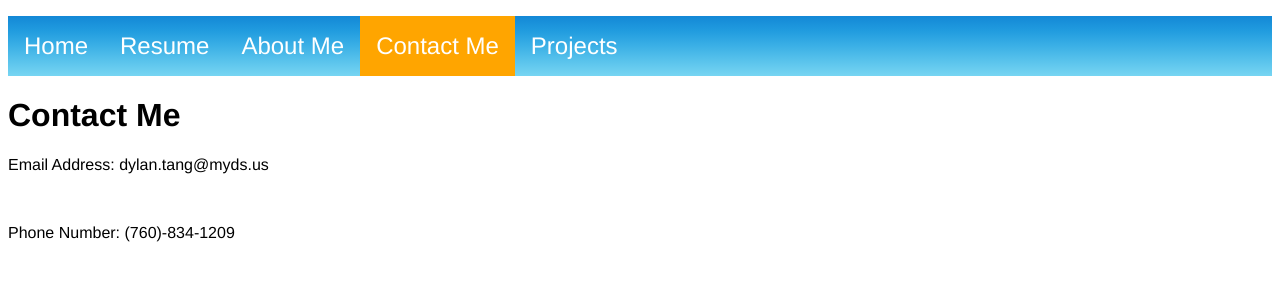
Repository: TangDylan/TangDylan.github.io
Page: contactme.html
The author's editor kept a record of every edit. The page is drawn from the files as they stood at one moment, then again after the next edit.
The browser window is 1280 px wide. The pictures show the whole page.

Above is the page before.

### contactme.html
<!DOCTYPE html>
<html>
    <head>

        <title>Project 1</title>

        <link rel="stylesheet" type="text/css" href="style.css">

    </head>

    <body>

      <ul class="navbar">
        <li><a href="index.html">Home</a></li>
        <li><a href="resume.html">Resume</a></li>
        <li><a href="aboutme.html">About Me</a></li>
        <li class="active"><a href="contactme.html">Contact Me</a></li>
        <li class="dropdown">
          <div>Projects</div>
          <ul class="dropdown-content">
            <li><a href="project1.html">Project 1</a></li>
            <li><a href="project2.html">Project 2</a></li>
            <li><a href="project3.html">Project 3</a></li>

          </ul>

        </li>

      </ul>

        <h1>
          Contact Me
        </h1>
        <p>Email Address: dylan.tang@myds.us</p>
        <br>
        <p>Phone Number: (760)-834-1209</p>

    </body>

</html>

### style.css

          * {
            font-family:helvetica;
          }

          .navbar {
            list-style:none;
            background-image: linear-gradient(to bottom, #1388d6, #219cdf, #3bb0e6, #59c3ec, #77d5f2);
            overflow:hidden;
            padding:0;

          }

          .navbar a, .dropdown div {
            text-decoration:none;
            color:white;
            font-size:24px;
            padding: 16px;
            display:inline-block
          }

          .navbar li {
            float:left;
          }

          .navbar li:hover {
          background-color: #77d5f2;
          }

          .dropdown-content {
            list-style:none;
            padding:0;
            display:none;
            position:absolute;
            z-index:1;
            background-color:black;
          }

          .dropdown-content li {
            float:none;
          }

          .dropdown:hover .dropdown-content {
           display:block;
           background-image: linear-gradient(to bottom, #ffbf29, #ffc53f, #ffca52, #ffd063, #ffd573);
          }

          .active {
           background-color:orange;
          }

After the next edit:
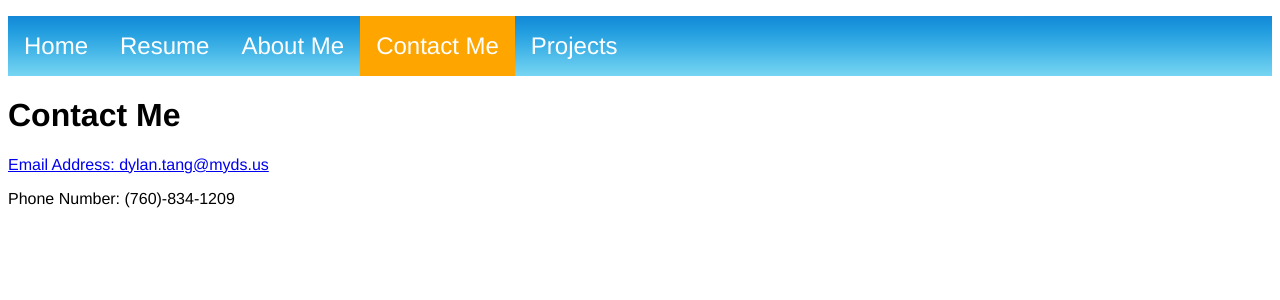
The edit:
--- a/contactme.html
+++ b/contactme.html
@@ -31,7 +31,7 @@
         <h1>
           Contact Me
         </h1>
-        <p>Email Address: dylan.tang@myds.us</p>
+        <a href="mailto:dylan.tang@myds.us">Email Address: dylan.tang@myds.us</a>
         <br>
         <p>Phone Number: (760)-834-1209</p>
 
